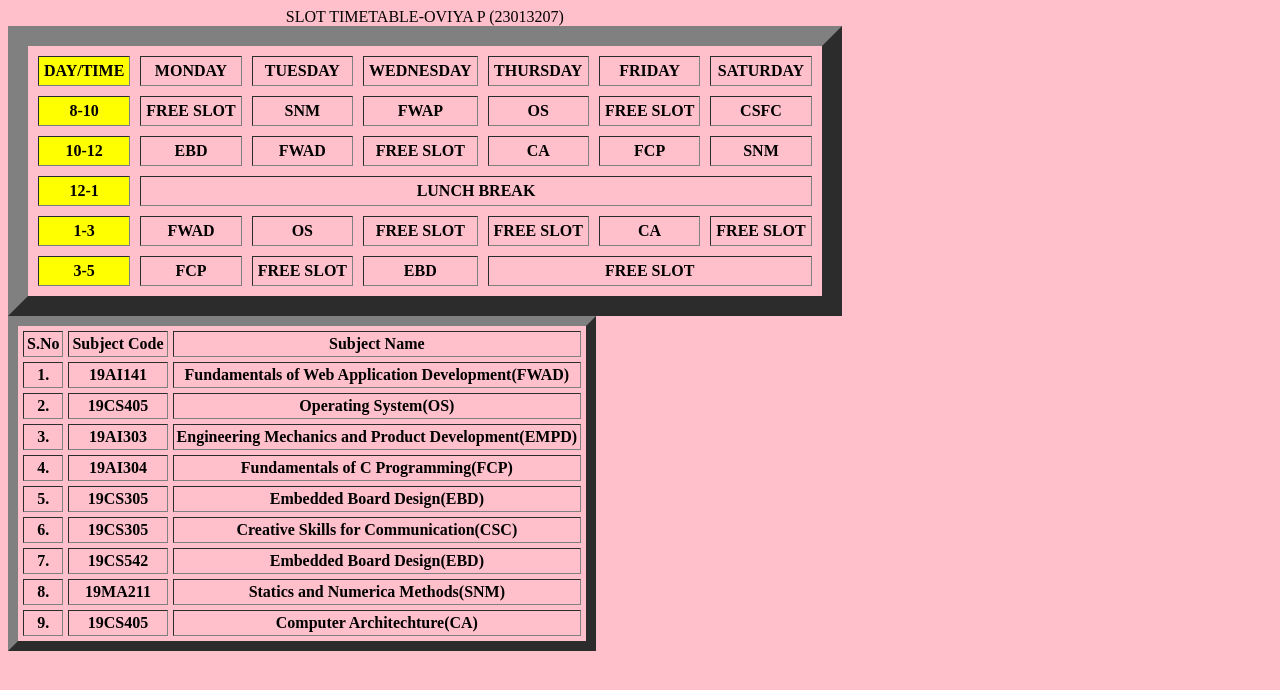
Repository: Oviya24032K6/slot
Page: oviya/static/time.html
These files come from the project's save history. The page is drawn as it stood at one moment and after the next save; the edit follows.
The browser window is 1280 px wide. The pictures show the whole page.

Above is the page before, as saved 2024-03-13 20:54:34.

### oviya/static/time.html
<html>
    <head>
        <title>SLOT TIMETABLE-OVIYA P (23013207)</title>
    </head>
    <body bgcolor="pink" align="center" >
    <table align="left" border="20" cellspacing="10" cellpadding="5">
    <caption>SLOT TIMETABLE-OVIYA P (23013207)</caption>
        <tr>
            <th bgcolor="yellow">DAY/TIME</th>
            <th>MONDAY</th>
            <th>TUESDAY</th>
            <th>WEDNESDAY</th>
            <th>THURSDAY</th>
            <th>FRIDAY</th>
            <th>SATURDAY</th>
        </tr>
        <tr>
            <th bgcolor="yellow">8-10</th>
            <th>FREE SLOT</th>
            <th>SNM</th>
            <th>FWAP</th>
            <th>OS</th>
            <th>FREE SLOT</th>
            <th>CSFC</th>
        </tr>
        <tr>
            <th bgcolor="yellow">10-12</th>
            <th>EBD</th>
            <th>FWAD</th>
            <th>FREE SLOT</th>
            <th>CA</th>
            <th>FCP</th>
            <th>SNM</th>
        </tr>
        <tr>
            <th bgcolor="yellow">12-1</th>
            <th colspan="6">LUNCH BREAK</th>
        </tr>
        <tr>
            <th bgcolor="yellow">1-3</th>
            <th>FWAD</th>
            <th>OS</th>
            <th>FREE SLOT</th>
            <th>FREE SLOT</th>
            <th>CA</th>
            <th>FREE SLOT</th>
        </tr>
        <tr>
            <th bgcolor="yellow">3-5</th>
            <th>FCP</th>
            <th>FREE SLOT</th>
            <th>EBD</th>
            <th colspan="4">FREE SLOT</th>
        </tr>

    </table>
        <br>
        <br>
    <table align="left" border="10" cellspacing="5" cellpadding="3">
        <tr>
            <th>S.No</th>
            <th>Subject Code</th>
            <th>Subject Name</th>
        </tr>
        <tr>
            <th>1.</th>
            <th>19AI141</th>
            <th>Fundamentals of Web Application Development(FWAD)</th>
        </tr>
        <tr>
            <th>2.</th>
            <th>19CS405</th>
            <th>Operating System(OS)</th>
        </tr>
        <tr>
            <th>3.</th>
            <th>19AI303</th>
            <th>Engineering Mechanics and Product Development(EMPD)</th>
        </tr>
        <tr>
            <th>4.</th>
            <th>19AI304</th>
            <th>Fundamentals of C Programming(FCP)</th>
        </tr>
        <tr>
            <th>5.</th>
            <th>19CS305</th>
            <th>Embedded Board Design(EBD)</th>
        </tr>
        <tr>
            <th>6.</th>
            <th>19CS305</th>
            <th>Creative Skills for Communication(CSC)</th>
        </tr>
        <tr>
            <th>7.</th>
            <th>19CS542</th>
            <th>Embedded Board Design(EBD)</th>
        </tr>
        <tr>
            <th>8.</th>
            <th>19MA211</th>
            <th>Statics and Numerica Methods(SNM)</th>
        </tr>
        <tr>
            <th>9.</th>
            <th>19CS405</th>
            <th>Computer Architechture(CA)</th>
        </tr>
    </table>
</body>
</html>
</html>

After the next save:
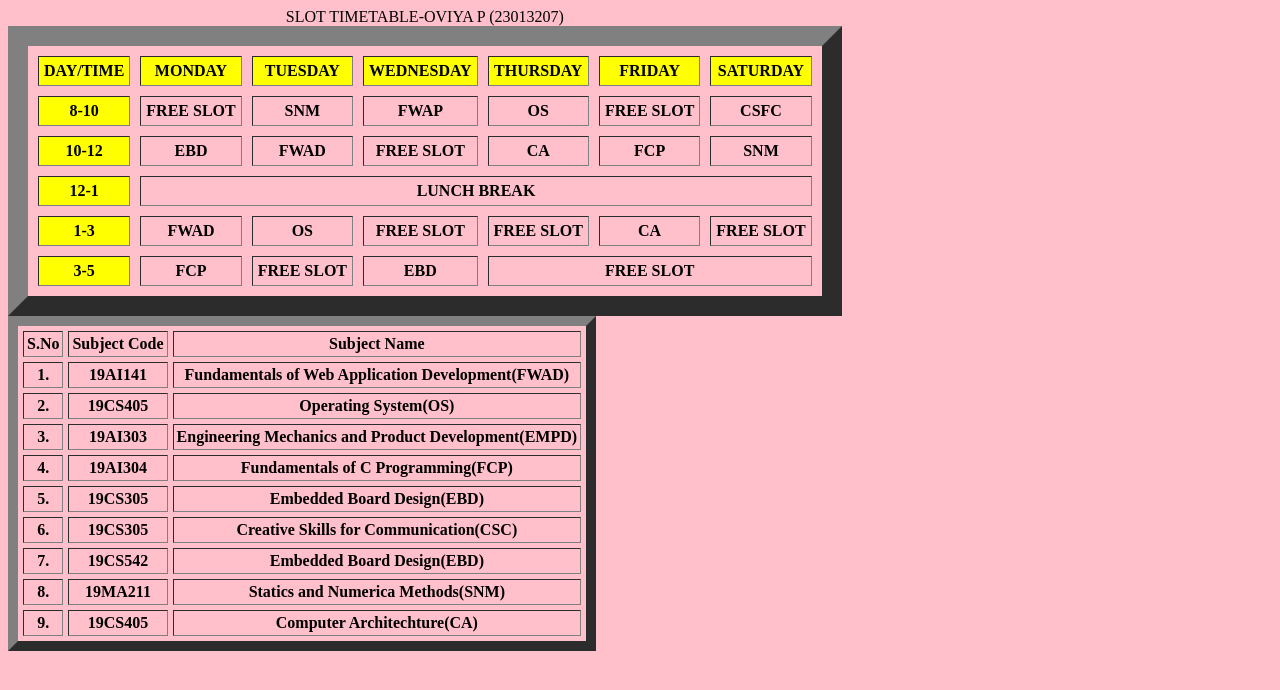
Saved 32 s later.
--- a/oviya/static/time.html
+++ b/oviya/static/time.html
@@ -7,12 +7,12 @@
     <caption>SLOT TIMETABLE-OVIYA P (23013207)</caption>
         <tr>
             <th bgcolor="yellow">DAY/TIME</th>
-            <th>MONDAY</th>
-            <th>TUESDAY</th>
-            <th>WEDNESDAY</th>
-            <th>THURSDAY</th>
-            <th>FRIDAY</th>
-            <th>SATURDAY</th>
+            <th bgcolor="yellow">MONDAY</th>
+            <th bgcolor="yellow">TUESDAY</th>
+            <th bgcolor="yellow">WEDNESDAY</th>
+            <th bgcolor="yellow">THURSDAY</th>
+            <th bgcolor="yellow">FRIDAY</th>
+            <th bgcolor="yellow">SATURDAY</th>
         </tr>
         <tr>
             <th bgcolor="yellow">8-10</th>
